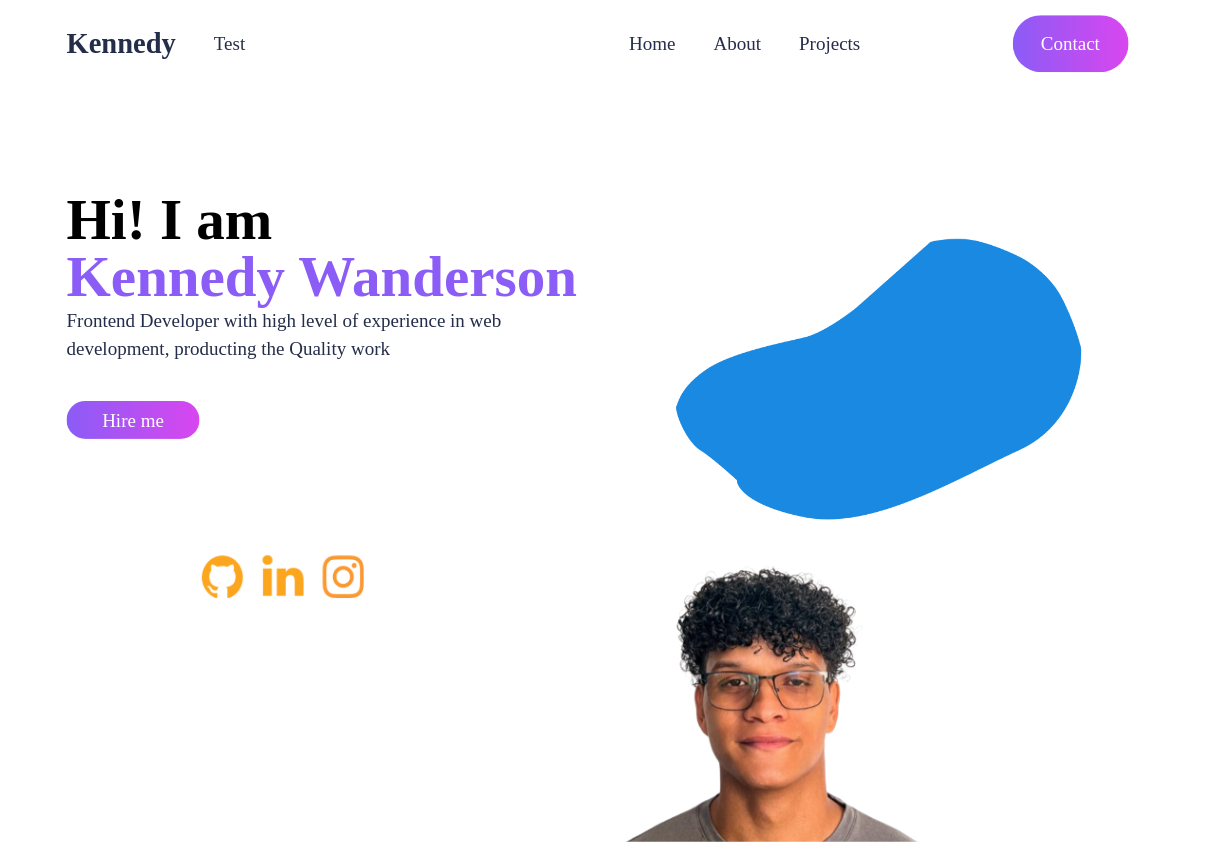
Repository: KennedyWanderson/portfolio
Page: /
These files come from the project's save history. The page is drawn as it stood at one moment and after the next save; the edit follows.
The browser window is 1280 px wide. The pictures show the whole page, at 95% of full size.
Some web fonts or font styles are not loaded; a fallback is used. The project was rebuilt for these pictures with package versions that can differ from the ones it lists, and the page was loaded fresh each time.

Above is the page before, as saved 2024-01-17 11:36:14.

### public/index.html
<!DOCTYPE html>
<html lang="en">
  <head>
    <meta charset="utf-8" />
    <link rel="icon" href="%PUBLIC_URL%/favicon.ico" />
    <meta name="viewport" content="width=device-width, initial-scale=1" />
    <meta name="theme-color" content="#000000" />
    <meta
      name="description"
      content="Web site created using create-react-app"
    />

    <style>
      @font-face{
        font-family: Gumela;
        src: url('../src/fonts/*');
      }

      *{
        font-family: 'Gumela';
        font-weight: normal;
        font-size: 20px;
      }
      body{
        margin: 0;
      }
    </style>
    <link rel="apple-touch-icon" href="%PUBLIC_URL%/logo192.png" />
    <!--
      manifest.json provides metadata used when your web app is installed on a
      user's mobile device or desktop. See https://developers.google.com/web/fundamentals/web-app-manifest/
    -->
    <link rel="manifest" href="%PUBLIC_URL%/manifest.json" />
    <!--
      Notice the use of %PUBLIC_URL% in the tags above.
      It will be replaced with the URL of the `public` folder during the build.
      Only files inside the `public` folder can be referenced from the HTML.

      Unlike "/favicon.ico" or "favicon.ico", "%PUBLIC_URL%/favicon.ico" will
      work correctly both with client-side routing and a non-root public URL.
      Learn how to configure a non-root public URL by running `npm run build`.
    -->
    <title>React App</title>
  </head>
  <body>
    <noscript>You need to enable JavaScript to run this app.</noscript>
    <div id="root"></div>
    <!--
      This HTML file is a template.
      If you open it directly in the browser, you will see an empty page.

      You can add webfonts, meta tags, or analytics to this file.
      The build step will place the bundled scripts into the <body> tag.

      To begin the development, run `npm start` or `yarn start`.
      To create a production bundle, use `npm run build` or `yarn build`.
    -->
  </body>
</html>

### src/index.css
@import 'tailwindcss/base';
@import 'tailwindcss/components';
@import 'tailwindcss/utilities';

:root
{
  --yellow: #F5C32C;
    --orange : #FCA61F;
    --black : #242D49;
    --gray : #788097;
    --blueCard : #DDF8FE;
    --purple: rgb(238 210 255);
    --boxShadow : 0px 19px 60px rgb(0 0 0 / 8%);
    --orangeCard: rgba(252, 166, 31, 0.45);
    --smboxShadow: -79px 51px 60px rgba(0, 0, 0, 0.08);
}

.App{
    padding: 0.5rem 3.5rem;
    overflow: hidden;
    color: var(--black);
}

### src/App.js
import logo from './logo.svg';
import './App.css';
import './index.css'
import Navbar from './Components/Navbar/Navbar';
import About from './Components/About/About';

function App() {
  return (
    <div className="App">
      <Navbar />
      <About />
    </div>
  );
}

export default App;

### src/App.css
@import 'tailwindcss/base';
@import 'tailwindcss/components';
@import 'tailwindcss/utilities';

:root
{
  --yellow: #F5C32C;
    --orange : #FCA61F;
    --black : #242D49;
    --gray : #788097;
    --blueCard : #DDF8FE;
    --purple: rgb(238 210 255);
    --boxShadow : 0px 19px 60px rgb(0 0 0 / 8%);
    --orangeCard: rgba(252, 166, 31, 0.45);
    --smboxShadow: -79px 51px 60px rgba(0, 0, 0, 0.08);
}

.App{
    padding: 0.5rem 3.5rem;
    overflow: hidden;
    color: var(--black);
}

.button{
  border-radius: 34px;
  border: none;
  color: white;
  font-size: 16px;
  padding: 10px;
}

### src/Components/Navbar/Navbar.jsx
import React from "react";

const Navbar = () => {
    return(             //h-screen
        <div className="h-[10vh] flex justify-between">
            <div className="flex-1 flex items-center gap-8">
                <div className="text-2xl font-bold">Kennedy</div>
                <span>Test</span>
            </div>
            <div className="flex flex-1 items-center justify-center font-normal">
                <div className="flex-grow-10">
                    <ul className="flex gap-8 mr-32 hover:cursor-grab">
                        <li className="hover:text-orange-500">Home</li>
                        <li className="hover:text-orange-500">About</li>
                        <li className="hover:text-orange-500">Projects</li>
                    </ul>
                </div>
                <button className=" rounded-3xl	border-none	text-white text-base pt-3 p-3 pr-6 pl-6 bg-gradient-to-r from-violet-500 to-fuchsia-500
                hover:cursor-grab bg-white hover:text-orange-500
                ">Contact</button>
            </div>
        </div>
    )
}

export default Navbar;

### src/Components/About/About.jsx
import React from "react";
import Github from '../../img/github.png'
import Instagram from '../../img/instagram.png'
import Linkedin from '../../img/linkedin.png'
import Profile from '../../img/eu.png'
import Vector1 from '../../img/Vector1.png'
import Vector2 from '../../img/Vector2.png'



const About = () => {
    return (
        <div className="flex h-[77vh] my-24">
            <div className="flex flex-col relative flex-1 gap-8">
                <div className="flex flex-col">
                    <span className="text-black font-bold text-5xl">Hi! I am</span>
                    <span className="text-violet-500 font-bold text-5xl">Kennedy Wanderson</span>
                    <span>Frontend Developer with high level of experience
                        in web development, producting the Quality work                   </span>
                </div>
                <button className="rounded-3xl	border-none	text-white text-base pt-3 p-3 pr-6 pl-6 bg-gradient-to-r from-violet-500 to-fuchsia-500
                hover:cursor-grab bg-white hover:text-orange-500 w-28 h-8 flex justify-center items-center">Hire me</button>
                <div className="mt-12 flex gap-8 scale-50 hover:cursor-grab">
                    <a href="https://github.com/KennedyWanderson">
                        <img src={Github} alt="" />
                    </a>
                    <a href="https://www.linkedin.com/in/kennedy-wanderson/">
                        <img src={Linkedin} alt="" />
                    </a>
                    <a href="https://www.instagram.com/_dev.kennedy/">
                        <img src={Instagram} alt="" />
                    </a>
                </div>
            </div>
            <div className="flex-1 relative">
                <div className="z-[1] absolute ">
                    <img className="scale-75 left-neg-15 top-neg-9" src={Vector1} alt="" />
                    <img className="scale-145 left-28" src={Profile} alt="" />
                </div>
            </div>
        </div>
    )
}

export default About;

Loaded but not shown: src/index.js (common file); src/reportWebVitals.js (common file); tailwind.config.js (common file)

After the next save:
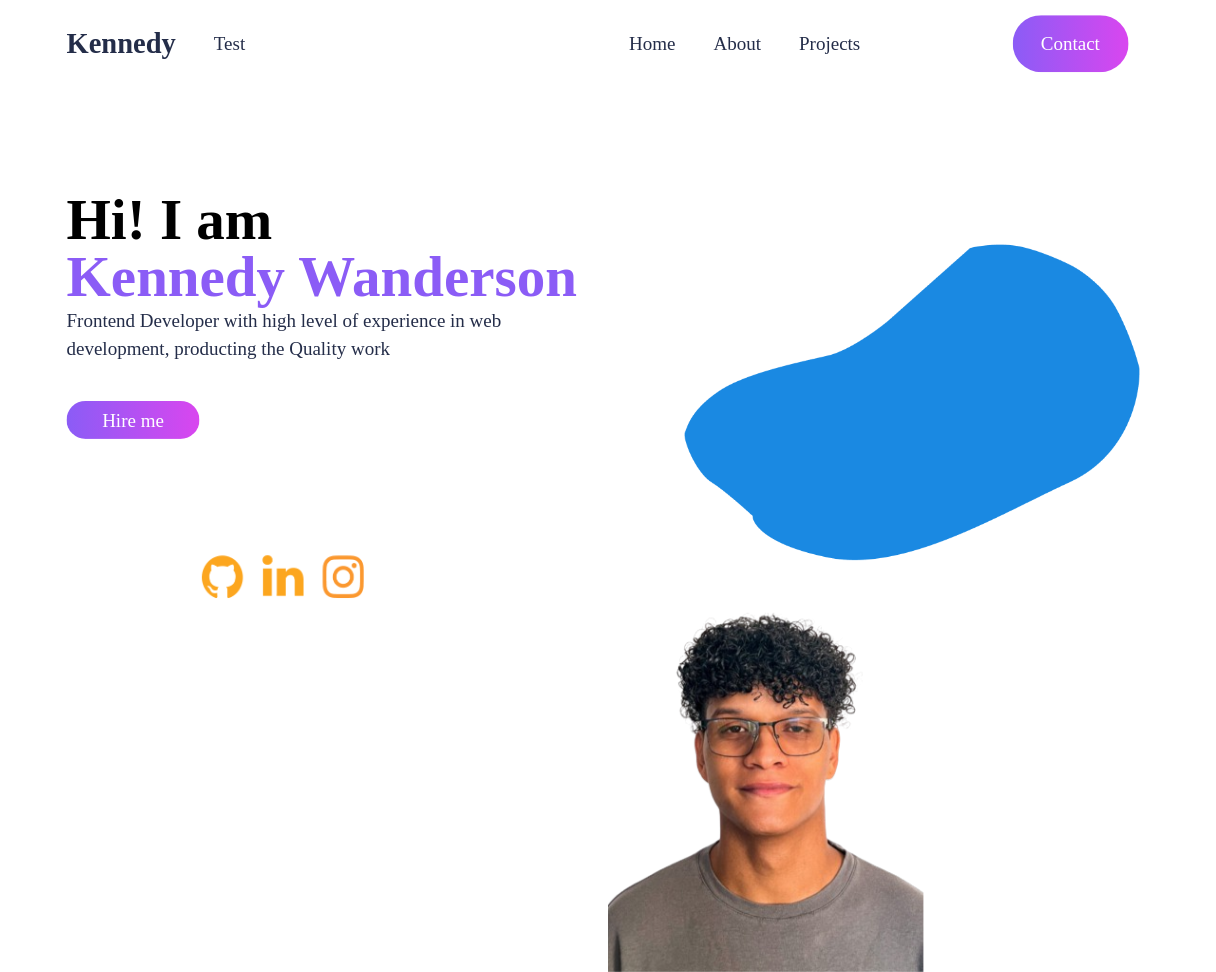
Saved 10 s later.
--- a/src/Components/About/About.jsx
+++ b/src/Components/About/About.jsx
@@ -32,7 +32,7 @@
                     </a>
                 </div>
             </div>
-            <div className="flex-1 relative">
+            <div className="flex-1 ">
                 <div className="z-[1] absolute ">
                     <img className="scale-75 left-neg-15 top-neg-9" src={Vector1} alt="" />
                     <img className="scale-145 left-28" src={Profile} alt="" />

After the save that followed:
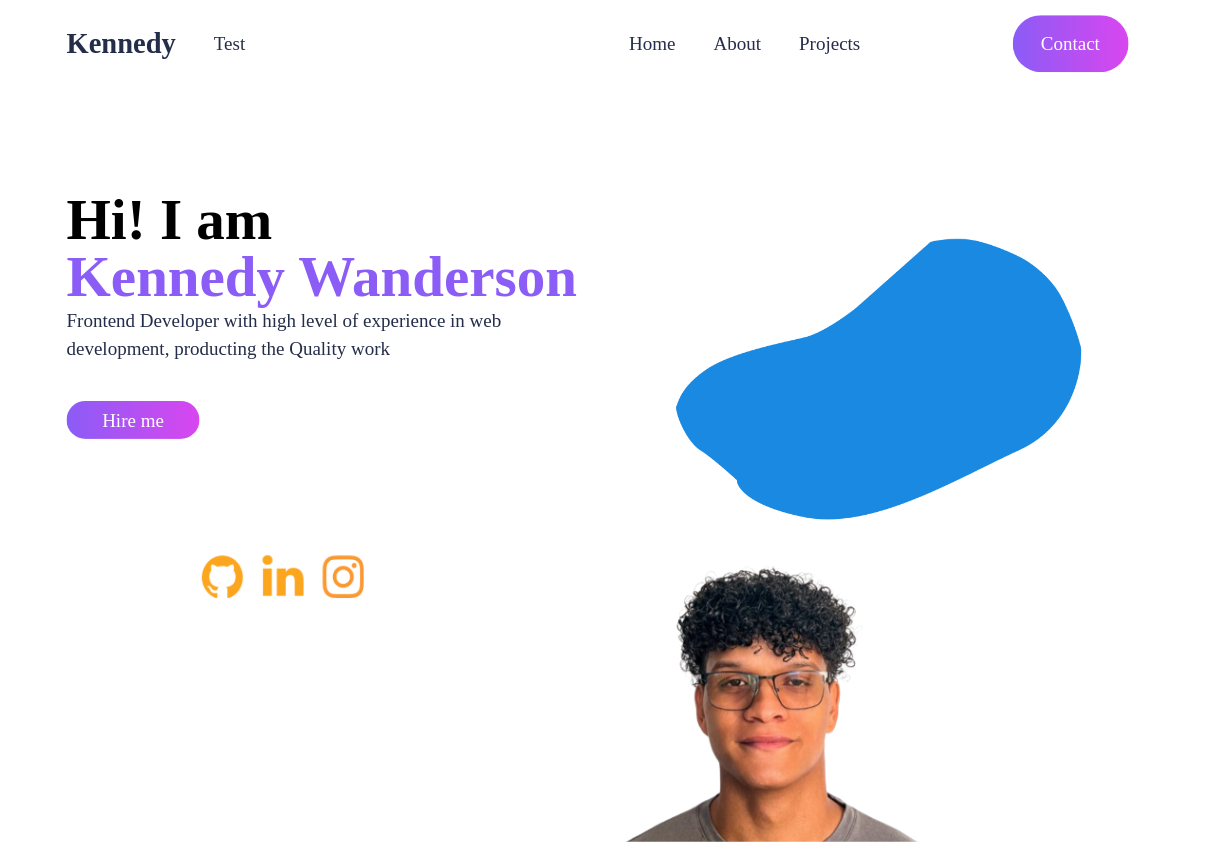
Saved 9 s later.
--- a/src/Components/About/About.jsx
+++ b/src/Components/About/About.jsx
@@ -33,7 +33,7 @@
                 </div>
             </div>
             <div className="flex-1 ">
-                <div className="z-[1] absolute ">
+                <div className="z-[1]  ">
                     <img className="scale-75 left-neg-15 top-neg-9" src={Vector1} alt="" />
                     <img className="scale-145 left-28" src={Profile} alt="" />
                 </div>
